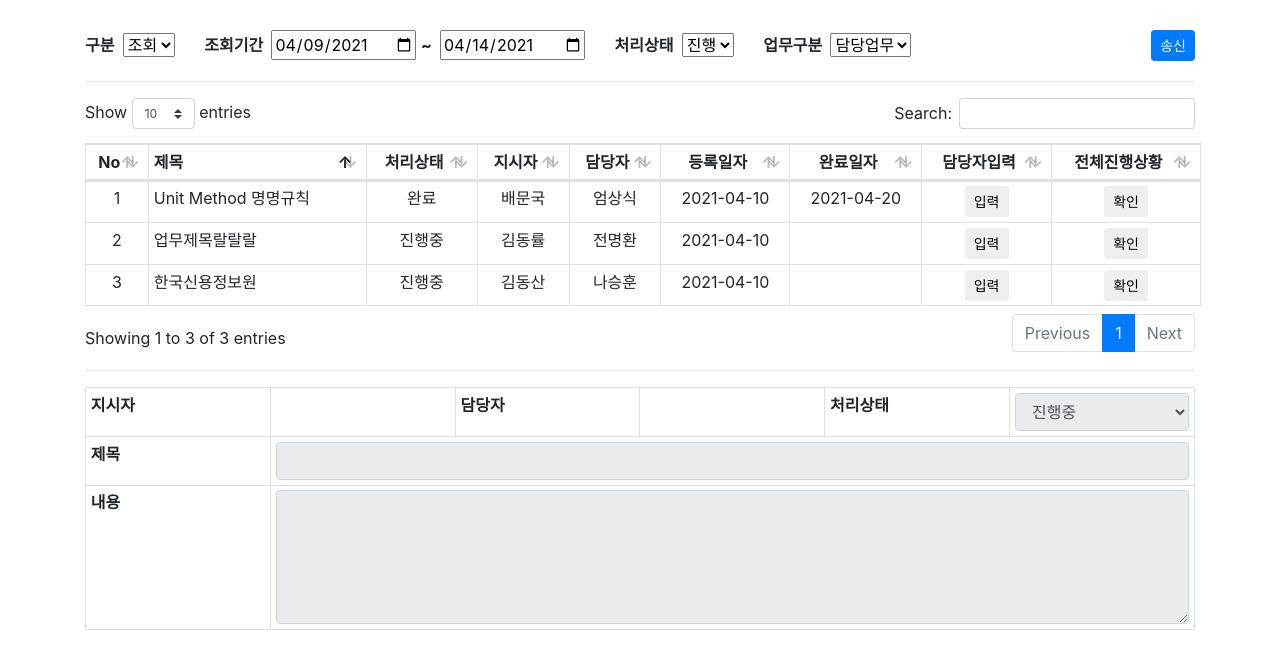
Repository: jungtaeyong/FSB_Project
Page: http://localhost/FsbJobMgt/main.jsp
An editor plug-in stored every save of this project. The page is shown before and after the next save, followed by the edit.
The browser window is 1280 px wide. The pictures show the whole page.
The page is served by Tomcat 9.

Above is the page before, as saved 2021-04-15 08:53:35.

After the next save:
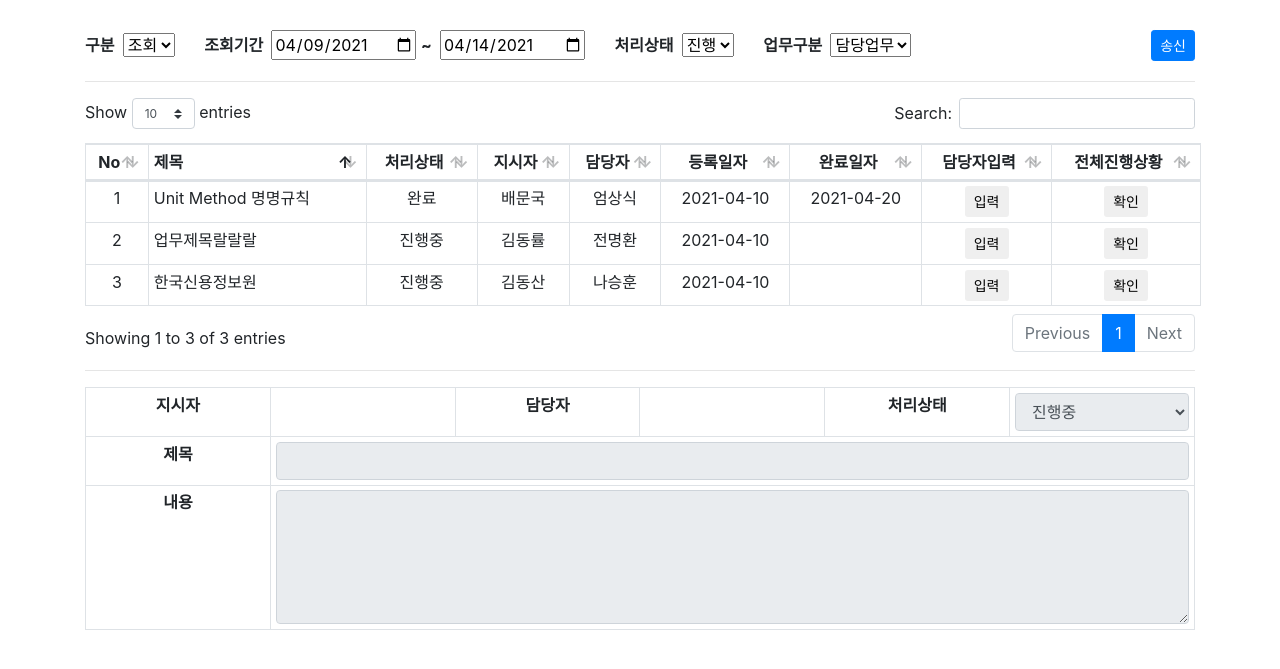
Saved 61 s later.
--- a/FsbJobMgt/WebContent/main.jsp
+++ b/FsbJobMgt/WebContent/main.jsp
@@ -261,7 +261,7 @@ function updateJob(){
 	<hr/>
 	<!-- 상세 -->
 	<div>
-		<table class="table table-sm table-bordered display">
+		<table class="table table-sm table-bordered display" style="text-align:center">
 			<tr>
 				<th width="15%">지시자</th>
 				<td id="BZWR_INDC_CHGR" width="15%"></td>
